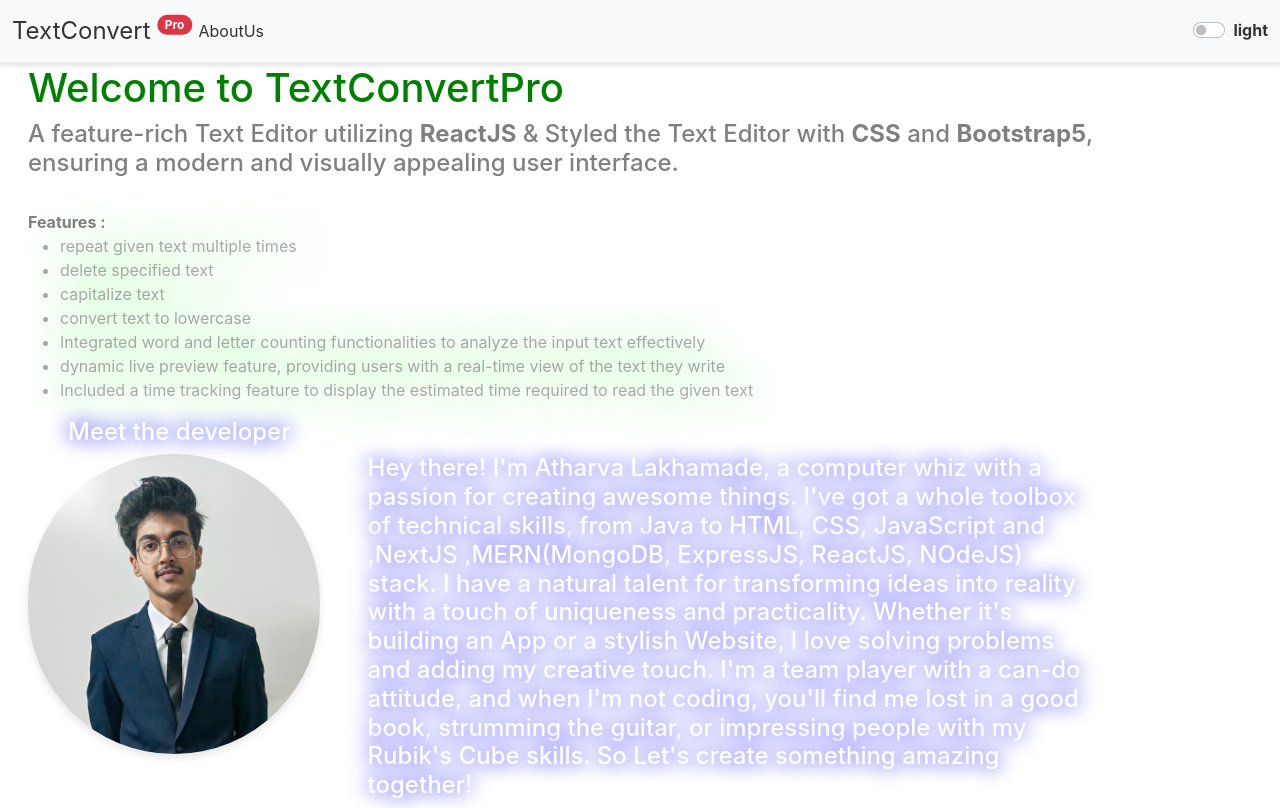
Repository: atha2810/TextConvertPro
Page: /about
An editor plug-in stored every save of this project. The page is shown before and after the next save, followed by the edit.
The browser window is 1280 px wide. The pictures show the whole page.
The project was rebuilt for these pictures with package versions that can differ from the ones it lists, and the page was loaded fresh each time. Also part of the build but not shown: src/css/TextForm.css, src/TextForm.js.

Above is the page before, as saved 2024-07-25 19:40:52.

### src/App.js
import React, { useState } from "react";
import profile from "./images/profile.jpg";

import About from "./components/About";
import Navbar from "./components/Navbar";
import TextForm from "./TextForm";
import { BrowserRouter, Routes, Route } from "react-router-dom";

function App() {
  const [mode, setMode] = useState("light");
  const toggleMode = () => {
    if (mode === "light") {
      setMode("dark");
      document.body.style.backgroundColor = "#082844";
    } else {
      setMode("light");
      document.body.style.backgroundColor = "white";
    }
  };
  return (
    <>
      <BrowserRouter>
        <Navbar logo="TextConvert" mode={mode} toggleMode={toggleMode} />
        {/* <TextForm heading="Enter the text to analyse: " mode={mode}/> */}
        <Routes>
          <Route exact path="/about" element={<About imgSrc={profile} />} />
          {/* exact is usedto get exact path sometimes there are folders like /about-->componentX and /about/home-->componentY and if we want component from /about/home it will mistakenly will render from /about thats why */}

          <Route
            exact
            path="/TextConvertPro"
            element={<TextForm heading="Enter the text here ↓ " mode={mode} />}
          />
        </Routes>
      </BrowserRouter>
    </>
  );
}

export default App;

### src/components/About.js
import "../css/About.css";

export default function About(props) {
  return (
    <div
      className="container mx-3"
      style={{ display: "block", marginLeft: "500px" }}
    >
      <h1 style={{ color: props.mode === "dark" ? "white" : "green" }}>
        Welcome to TextConvertPro
      </h1>
      <div
        style={{
          color: props.mode === "ligh" ? "black" : "white",
        }}
      >
        <h4
          style={{
            color: "grey",
          }}
        >
          A feature-rich Text Editor utilizing <b>ReactJS</b> & Styled the Text
          Editor with <b>CSS</b> and <b>Bootstrap5</b>, ensuring a modern and
          visually appealing user interface.
        </h4>
        <br />{" "}
        <b
          style={{
            color: "grey",
          }}
        >
          Features :
        </b>
        <br />
        <ul
          style={{
            color: "darkgrey",
            textShadow: " 0 0 70px #0f0",
          }}
        >
          <li>repeat given text multiple times</li>
          <li> delete specified text</li> <li>capitalize text </li>
          <li>convert text to lowercase</li>
          <li>
            Integrated word and letter counting functionalities to analyze the
            input text effectively
          </li>
          <li>
            dynamic live preview feature, providing users with a real-time view
            of the text they write
          </li>
          <li>
            Included a time tracking feature to display the estimated time
            required to read the given text
          </li>
        </ul>
      </div>
      <h4
        style={{
          color: "#fff" /* Text color */,
          textShadow: "0 0 20px #00f",
          paddingLeft: "40px",
        }}
      >
        Meet the developer
      </h4>
      <div style={{ display: "flex" }}>
        <img
          src={props.imgSrc}
          style={{
            height: "300px",
            width: "300px",
            borderRadius: "150px 150px 150px 150px",
          }}
          alt="developer"
        ></img>
        <h4
          className="mx-5"
          style={{
            color: "#fff" /* Text color */,
            textShadow: "0 0 20px #00f",
          }}
        >
          Hey there! I'm Atharva Lakhamade, a computer whiz with a passion for
          creating awesome things. I've got a whole toolbox of technical skills,
          from Java to HTML, CSS, JavaScript and ,NextJS ,MERN(MongoDB,
          ExpressJS, ReactJS, NOdeJS) stack. I have a natural talent for
          transforming ideas into reality with a touch of uniqueness and
          practicality. Whether it's building an App or a stylish Website, I
          love solving problems and adding my creative touch. I'm a team player
          with a can-do attitude, and when I'm not coding, you'll find me lost
          in a good book, strumming the guitar, or impressing people with my
          Rubik's Cube skills. So Let's create something amazing together!
        </h4>
      </div>
    </div>
  );
}

### src/components/Navbar.js
import React from "react";
import { Link } from "react-router-dom";
import "../css/Navbar.css";
export default function Navbar(props) {
  return (
    <nav
      className={`navbar navbar-expand-lg navbar-${props.mode} bg-${props.mode}`}
    >
      <div className="container-fluid">
        <Link className="navbar-brand" to="/TextConvertPro">
          {props.logo}
          <button className="btn position-relative">
            <span className="position-absolute top-0 start-100 translate-middle badge rounded-pill bg-danger">
              Pro
            </span>
          </button>
        </Link>
        {/* <a className="navbar-brand" href="#">{props.logo}</a> */}
        <button
          className="navbar-toggler"
          type="button"
          data-bs-toggle="collapse"
          data-bs-target="#navbarSupportedContent"
          aria-controls="navbarSupportedContent"
          aria-expanded="false"
          aria-label="Toggle navigation"
        >
          <span className="navbar-toggler-icon"></span>
        </button>
        <div className="collapse navbar-collapse" id="navbarSupportedContent">
          <ul className="navbar-nav me-auto mb-2 mb-lg-0">
            <li className="nav-item">
              <Link className="nav-link" to="/about">
                AboutUs
              </Link>
              {/* <a className="nav-link" href="/about">About</a> */}
            </li>
          </ul>
          <form className="d-flex" role="search">
            <div
              className={`form-check form-switch text-${
                props.mode === "light" ? "dark" : "light"
              }`}
              style={{ backgroundColor: "" }}
            >
              <input
                className="form-check-input"
                onClick={props.toggleMode}
                type="checkbox"
                role="switch"
                id="flexSwitchCheckDefault"
              />
              <label
                className="form-check-label"
                htmlFor="flexSwitchCheckDefault"
              >
                <b>{props.mode}</b>
              </label>
            </div>
          </form>
        </div>
      </div>
    </nav>
  );
}

### src/css/About.css
/* About Styles */

img {
  border-radius: 50%;
  box-shadow: 0 4px 8px rgba(0, 0, 0, 0.1); /* Subtle shadow */
}

.developer-info {
  display: flex;
  align-items: center;
  justify-content: center;
  margin-top: 2rem;
}

.developer-info h4 {
  margin-left: 1.5rem;
  font-size: 1.25rem;
  color: #333;
}

.developer-info img {
  height: 300px;
  width: 300px;
}

### src/css/Navbar.css
/* Navbar Styles */
.navbar {
  border-bottom: 2px solid #eaeaea; /* Modern border for the navbar */
  box-shadow: 0 2px 4px rgba(0, 0, 0, 0.1); /* Subtle shadow */
}

.navbar-brand {
  display: flex;
  align-items: center;
  font-size: 1.5rem;
  color: #333;
  transition: color 0.3s ease;
}

.navbar-brand:hover {
  color: #007bff; /* Change color on hover */
}

.btn {
  /* Primary button color */
  border: none;
  color: white;
  transition: background-color 0.3s ease;
}

.nav-link {
  color: #333;
  transition: color 0.3s ease;
}

.nav-link:hover {
  color: #007bff; /* Change color on hover */
}

.navbar-toggler {
  border-color: #007bff; /* Color of the toggler */
}

.navbar-toggler-icon {
  background-image: linear-gradient(
    to right,
    #007bff,
    #0056b3
  ); /* Gradient effect */
}

.form-check-label {
  color: #333; /* Switch label color */
}

Loaded but not shown: public/index.html (common file); src/index.js (common file); src/index.css (common file); src/reportWebVitals.js (common file)

After the next save:
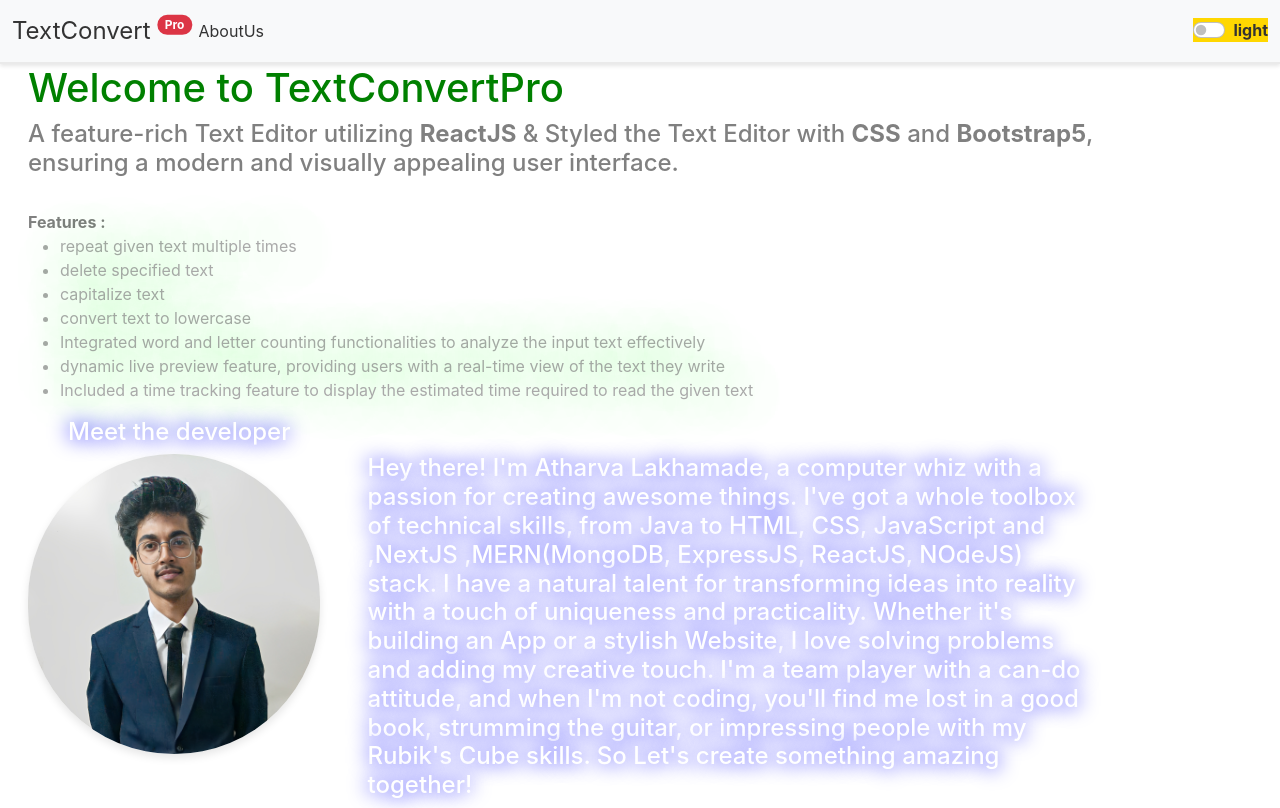
Saved 9 s later.
--- a/src/components/Navbar.js
+++ b/src/components/Navbar.js
@@ -41,7 +41,7 @@ export default function Navbar(props) {
               className={`form-check form-switch text-${
                 props.mode === "light" ? "dark" : "light"
               }`}
-              style={{ backgroundColor: "" }}
+              style={{ backgroundColor: "gold" }}
             >
               <input
                 className="form-check-input"
